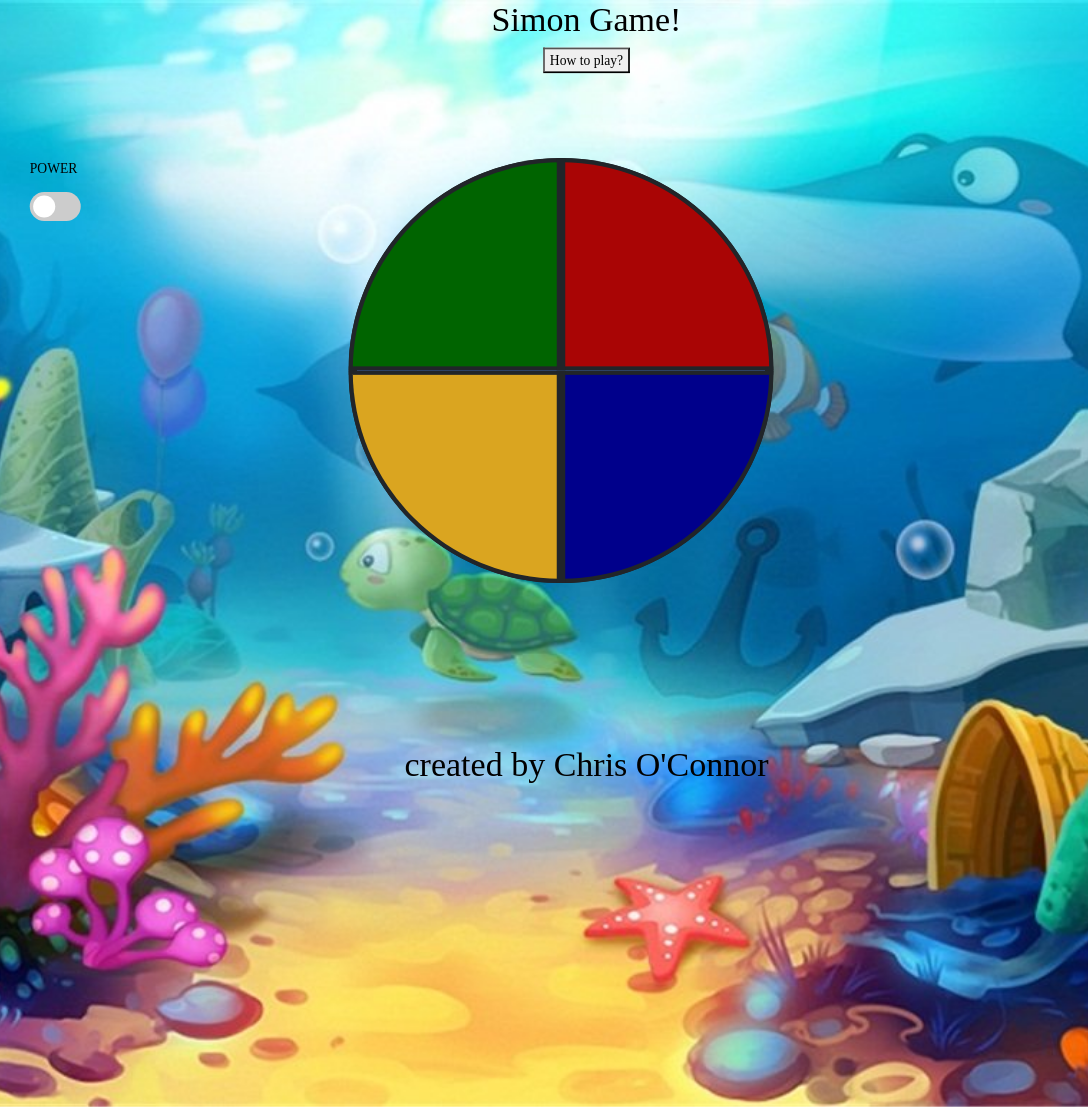
Repository: chrisoc19/SimonSays
Page: index.html
The author's editor kept a record of every edit. The page is drawn from the files as they stood at one moment, then again after the next edit.
The browser window is 1280 px wide. The pictures show the whole page, at 85% of full size.
Some web fonts or font styles are not loaded; a fallback is used.

Above is the page before.

After the next edit:
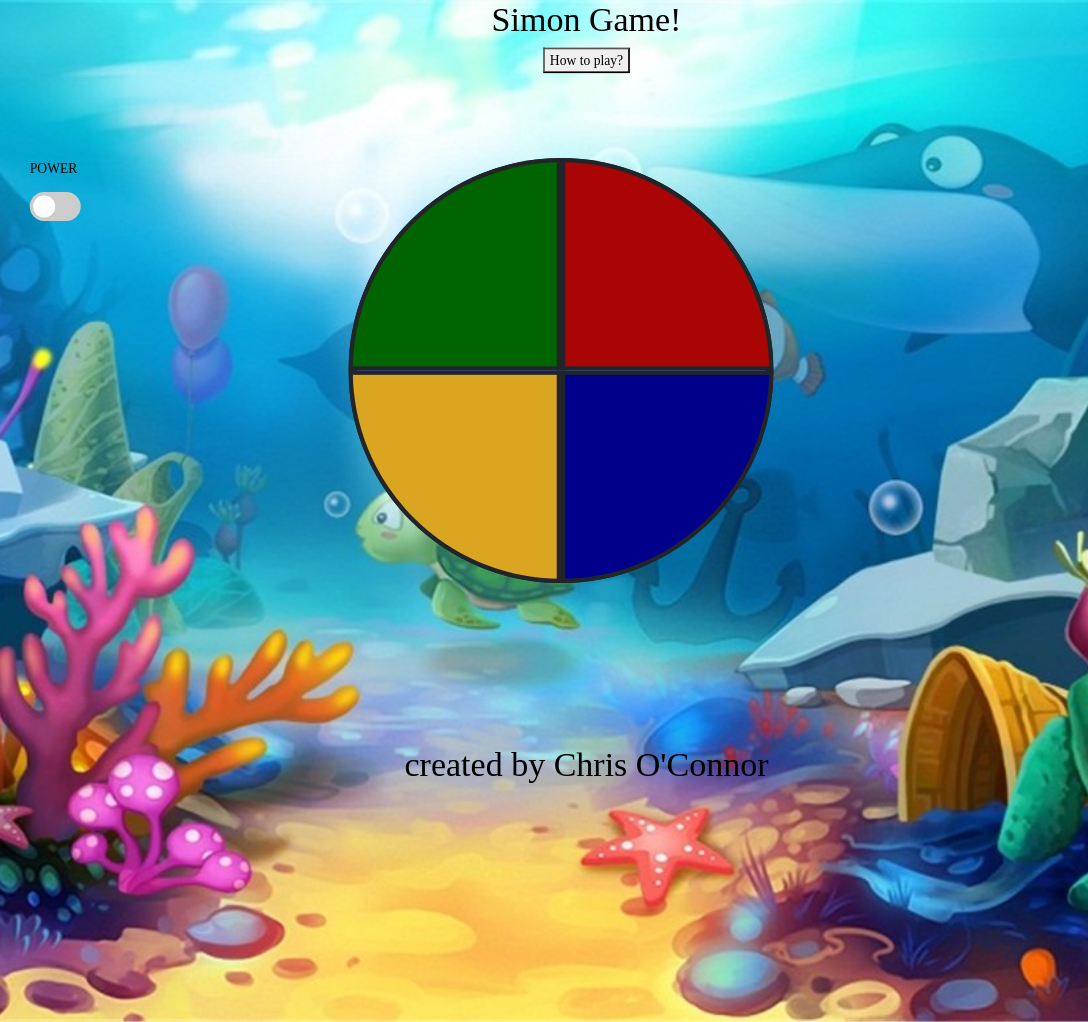
The edit:
--- a/css/style.css
+++ b/css/style.css
@@ -17,7 +17,7 @@
 }
 .footer{
   margin-top: 40px;
-  margin-bottom: 350px;
+  margin-bottom: 250px;
   font-family: 'Original Surfer', cursive;
   text-align: center;
   color: black;
